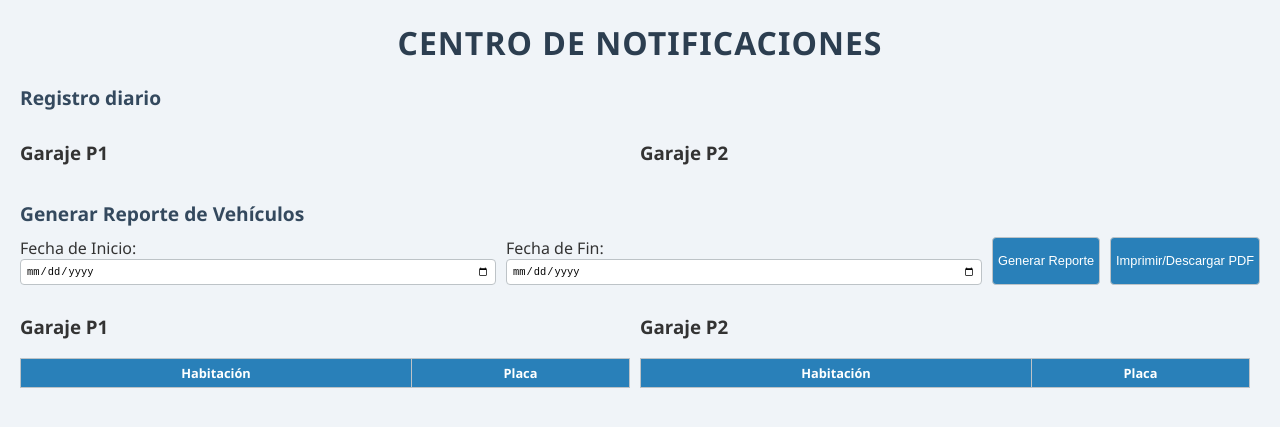
Repository: EddyWebz/REPOSITORIO-BASE-DATOS
Page: privado/report.html
The author's editor kept a copy of each file at every save. The page is drawn from the files as they stood at one save, then again after the next save.
The browser window is 1280 px wide. The pictures show the whole page.
The page's requests for data from a server got no answer.

Above is the page before, as saved 2024-08-15 13:44:12.

After the next save:
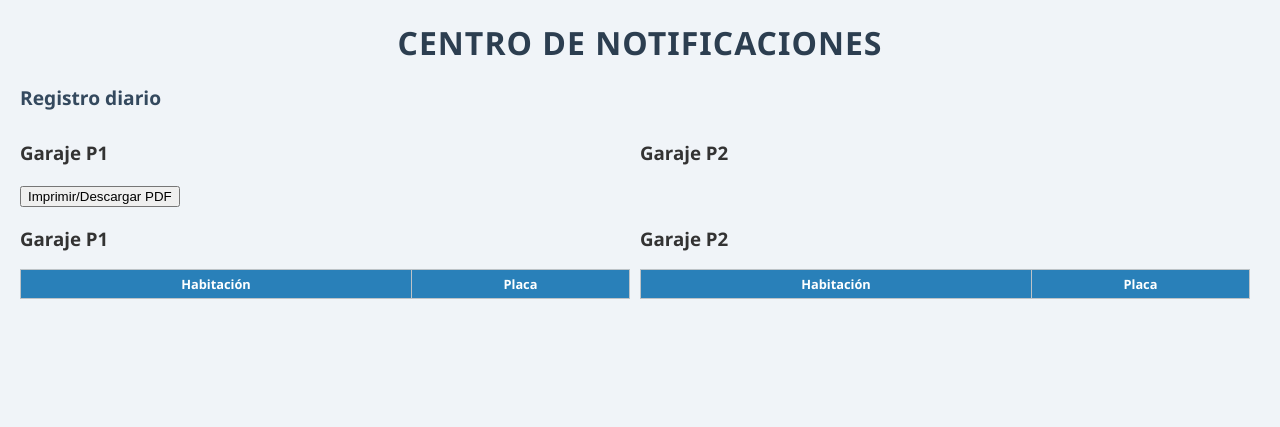
Console error: TypeError: Cannot read properties of null (reading 'addEventListener')
Saved 65 min 14 s later.
--- a/privado/report.html
+++ b/privado/report.html
@@ -34,17 +34,8 @@
 
     <!-- Sección de Reportes -->
     <section id="reportes">
-        <h2>Generar Reporte de Vehículos</h2>
-        <form id="form-reporte">
-            <div class="form-group">
-                <label for="fecha-inicio">Fecha de Inicio:</label>
-                <input type="date" id="fecha-inicio" name="fecha-inicio" required>
-            </div>
-            <div class="form-group">
-                <label for="fecha-fin">Fecha de Fin:</label>
-                <input type="date" id="fecha-fin" name="fecha-fin" required>
-            </div>
-            <button type="submit">Generar Reporte</button>
+
+
             <!-- Botón de Imprimir -->
             <button type="button" id="btn-imprimir">Imprimir/Descargar PDF</button>
         </form>

After the save that followed:
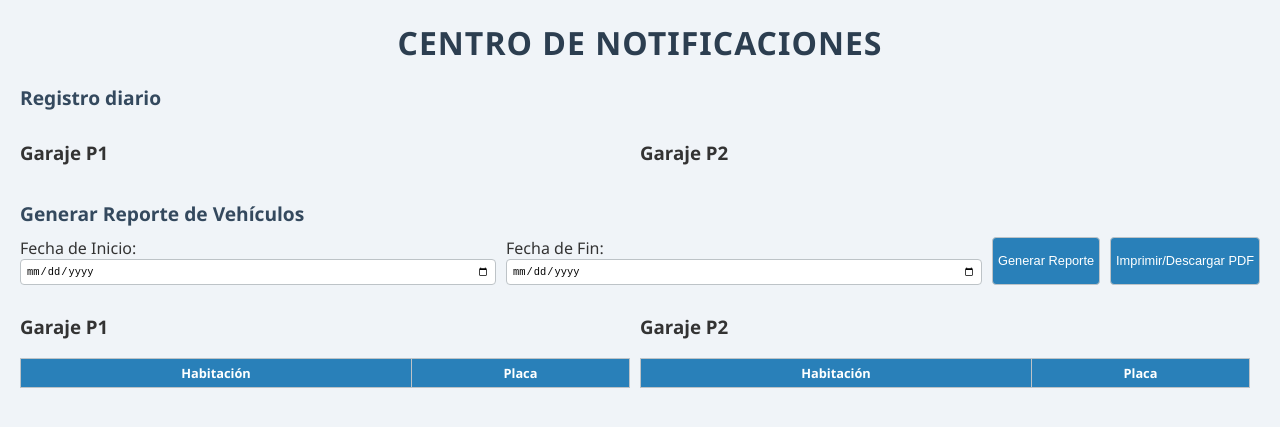
The error is gone.
Saved 25 s later.
--- a/privado/report.html
+++ b/privado/report.html
@@ -34,8 +34,17 @@
 
     <!-- Sección de Reportes -->
     <section id="reportes">
-
-
+        <h2>Generar Reporte de Vehículos</h2>
+        <form id="form-reporte">
+            <div class="form-group">
+                <label for="fecha-inicio">Fecha de Inicio:</label>
+                <input type="date" id="fecha-inicio" name="fecha-inicio" required>
+            </div>
+            <div class="form-group">
+                <label for="fecha-fin">Fecha de Fin:</label>
+                <input type="date" id="fecha-fin" name="fecha-fin" required>
+            </div>
+            <button type="submit">Generar Reporte</button>
             <!-- Botón de Imprimir -->
             <button type="button" id="btn-imprimir">Imprimir/Descargar PDF</button>
         </form>
